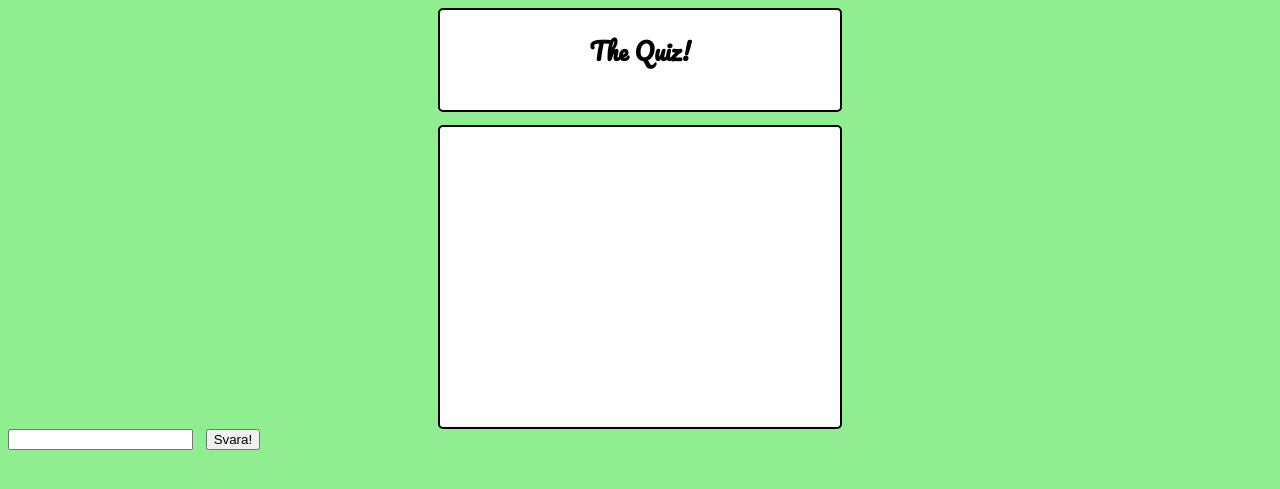
Repository: kn222gp/1dv403-laborationer
Page: 4-thequiz/index.html
The author's editor kept a record of every edit. The page is drawn from the files as they stood at one moment, then again after the next edit.
The browser window is 1280 px wide. The pictures show the whole page.
The page's requests for data from a server got no answer.

Above is the page before.

### 4-thequiz/index.html
<!DOCTYPE html>
<html lang="sv">
<head>
	<meta charset="UTF-8" />
 	<title>JavaScript - Laboration 4 - The Quiz</title>
 	<link rel="stylesheet" href="style.css" type="text/css" />
    <link href='https://fonts.googleapis.com/css?family=Pacifico' rel='stylesheet' type='text/css'>
</head>
<body>

    <header>
        <h2>The Quiz!</h2>
    </header>

    <div id="firstSection">
        <h2 id="question">

        </h2>
        <div id="">

        </div>
        <h3 id="msg">

        </h3>

    </div>


        <form  id="input">
            <input type="text" name="svar" id="text"/>
            <input type="submit" value="Svara!" id="submit"/>
        </form>

    <script type="text/javascript" src="myScript.js"></script>
</body>

</html>

### 4-thequiz/style.css
body{
    background-color: LightGreen;
}

header{
    width: 400px;
    height: 100px;
    margin:auto;
    text-align:center;
    background-color:white;
    font-family: 'Pacifico', cursive;
    border-radius:5px;
    border: 2px solid black;
}


#firstSection{
    width:400px;
    height:300px;
    text-align:center;
    background-color:white;
    margin:auto;
    margin-top: 1%;
    border-radius:5px;
    border: 2px solid black;
     font-family: 'Pacifico', cursive;
}

#sndSection{
    width: 235px;
    margin-left:auto;
    margin-right:auto;
    margin-top:1%;
    background-color: white;
    border: 1px solid black;

}

#text{
    float:left;
}

#submit{
    float:left;
    margin-left:1%;
}

### 4-thequiz/myScript.js
"use strict";

var quiz = {

    // Declare variables.
    msg : document.getElementById("msg"),
    qSec: document.getElementById("question"),
    error: document.getElementById("error"),

    answer: document.getElementById("text"),
    submit: document.getElementById("submit"),

    tries: 0,
    tryArray: [],
    xhr: new XMLHttpRequest(),
    q: null,

    init: function(){
        console.log("window loaded."),

        quiz.quizGame("http://vhost3.lnu.se:20080/question/1");
    },

    // The function that contacts the server.
    quizGame: function(url){

        quiz.xhr.onreadystatechange = function(){

            if(quiz.xhr.readyState === 4 && quiz.xhr.status === 200){
                 quiz.q = JSON.parse(quiz.xhr.responseText);
                 quiz.qSec.innerHTML = quiz.q.question;

            // When I click the button.
            quiz.submit.addEventListener("click", function(e){
               console.log("clicked."),
               e.preventDefault();
               quiz.asking(quiz.q.nextURL, quiz.answer.value);
            });

             }
        };

        quiz.xhr.open("GET", url, true);
        quiz.xhr.send(null);
    },

    asking: function(url, ans){
    var xhr2 = new XMLHttpRequest();


        xhr2.onreadystatechange = function(){

            if(xhr2.readyState === 4){
                console.log("test");
                var message = JSON.parse(xhr2.responseText);

                if(message.message === "Correct answer!"){

                    if(message.nextURL !== undefined){
                        quiz.tryArray.push(quiz.tries);
                        quiz.quizGame(message.nextURL);
                        quiz.error.innerHTML = "";
                        quiz.msg.innerHTML = "Rätt!";
                    }
                    else{
                        quiz.submit.removeEventListener();
                        quiz.qSec.innerHTML = "Grattis! Du tog dig igenom quizzet!";
                        quiz.error.innerHTML = "";
                        quiz.msg.innerHTML = "";

                    }

                }

                else {
                    quiz.tries++;
                    quiz.msg.innerHTML = "";
                    quiz.error.innerHTML = "Fel svar, tyvärr!";

                }
            }
        };


    var json = { answer: ans };
    var jsonString = JSON.stringify(json);

        xhr2.open("POST", url, true);
        xhr2.setRequestHeader("Content-Type", "application/json");
        xhr2.send(jsonString);

    },

};
window.onload = quiz.init;

After the next edit:
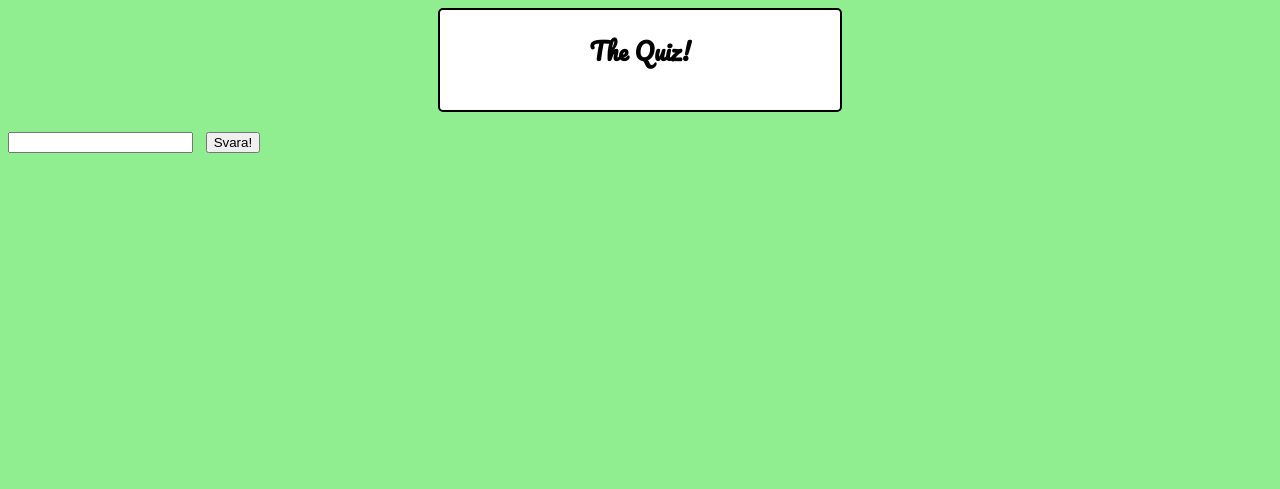
The edit:
--- a/4-thequiz/index.html
+++ b/4-thequiz/index.html
@@ -12,7 +12,7 @@
         <h2>The Quiz!</h2>
     </header>
 
-    <div id="firstSection">
+    <div id="section">
         <h2 id="question">
 
         </h2>
